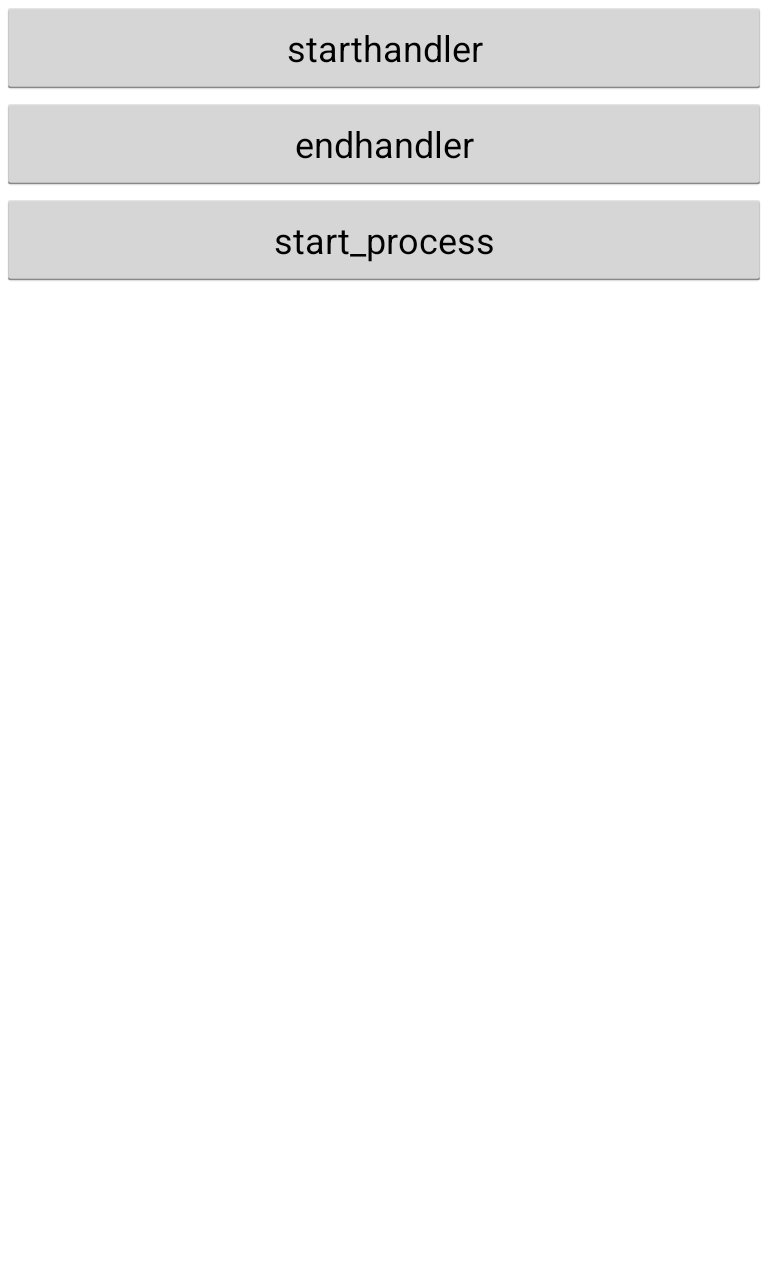
Repository: fengzixu/AndroidLearing
Layout: MyTestPrograme/AndroidDemo/res/layout/layout_newhandler.xml
The author's editor kept a copy of each file at every save. The layout is drawn from the files as they stood at one save, then again after the next save.
It is drawn on a 768 x 1280 px phone screen (xhdpi) without system bars, with theme AppTheme; the app's code is not run.

Above is the layout before, as saved 2015-05-27 13:44:55.

### MyTestPrograme/AndroidDemo/res/layout/layout_newhandler.xml
<?xml version="1.0" encoding="utf-8"?>
<LinearLayout xmlns:android="http://schemas.android.com/apk/res/android"
    android:layout_width="match_parent"
    android:layout_height="match_parent"
    android:orientation="vertical" >

    <Button
        android:id="@+id/start_handler_button1"
        android:layout_width="match_parent"
        android:layout_height="wrap_content"
        android:text="starthandler" />

    <Button
        android:id="@+id/start_handler_button2"
        android:layout_width="match_parent"
        android:layout_height="wrap_content"
        android:text="endhandler" />

    <ProgressBar
        android:id="@+id/start_process_progressBar1"
        style="?android:attr/progressBarStyleHorizontal"
        android:layout_width="match_parent"
        android:visibility="gone"
        android:layout_height="wrap_content" />

    <Button
        android:id="@+id/start_process_button1"
        android:layout_width="match_parent"
        android:layout_height="wrap_content"

        android:text="start_process" />

</LinearLayout>

Loaded but not shown: MyTestPrograme/AndroidDemo/res/values/styles.xml (common file); MyTestPrograme/AndroidDemo/res/values-v11/styles.xml (common file); MyTestPrograme/AndroidDemo/res/values-v14/styles.xml (common file)

After the next save:
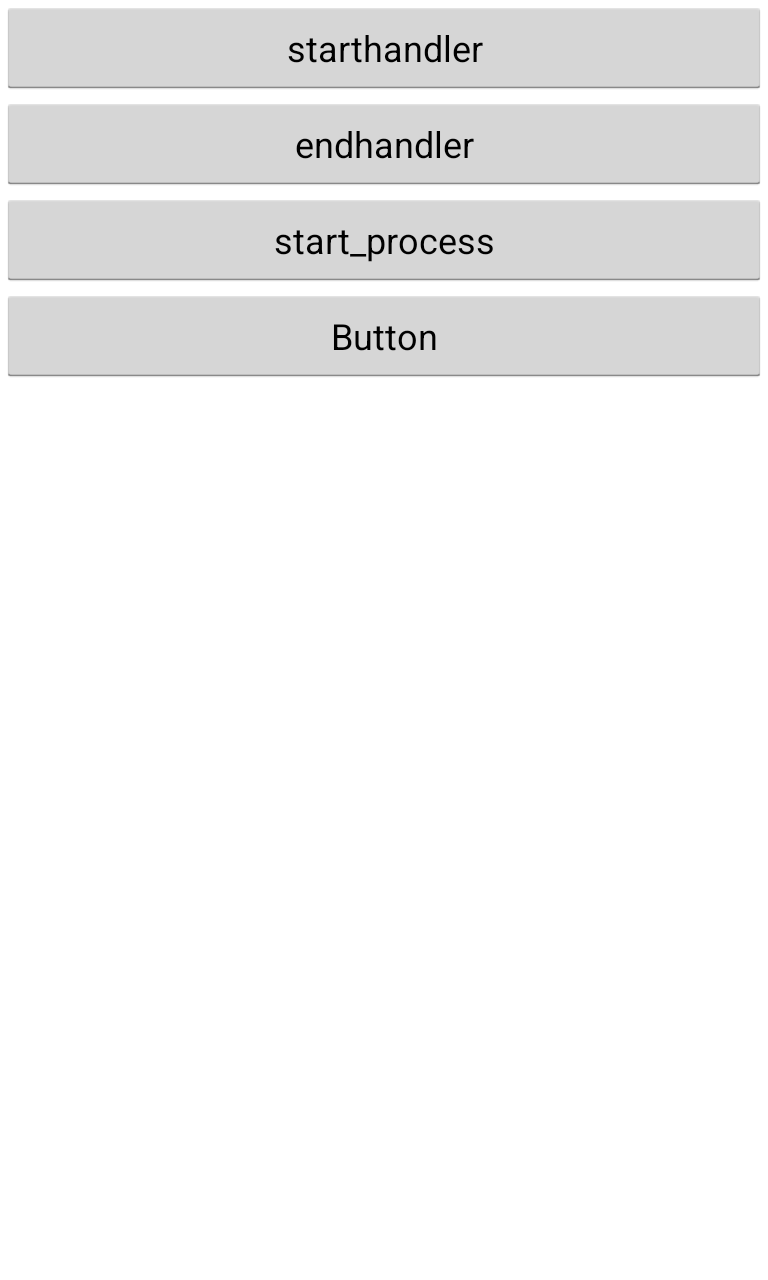
Saved 42 s later.
--- a/MyTestPrograme/AndroidDemo/res/layout/layout_newhandler.xml
+++ b/MyTestPrograme/AndroidDemo/res/layout/layout_newhandler.xml
@@ -30,4 +30,10 @@
 
         android:text="start_process" />
 
+    <Button
+        android:id="@+id/start_mutity_handler_button1"
+        android:layout_width="match_parent"
+        android:layout_height="wrap_content"
+        android:text="Button" />
+
 </LinearLayout>
